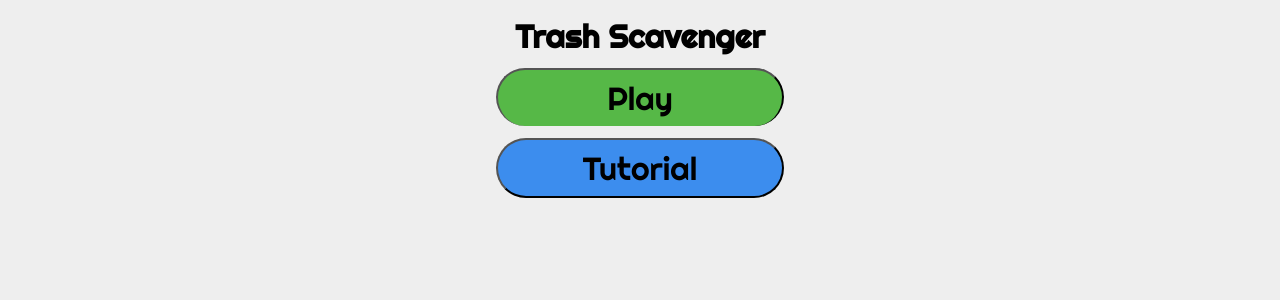
Repository: alemunden/Trash-Scavengers
Page: /QuizBegin
An editor plug-in stored every save of this project. The page is shown before and after the next save, followed by the edit.
The browser window is 1280 px wide. The pictures show the whole page.
The project was rebuilt for these pictures with package versions that can differ from the ones it lists, and the page was loaded fresh each time. The framework's server and built-in components were replaced by stand-ins that run in the browser. Also part of the build but not shown: next.config.mjs.

Above is the page before, as saved 2024-04-07 19:38:51.

After the next save:
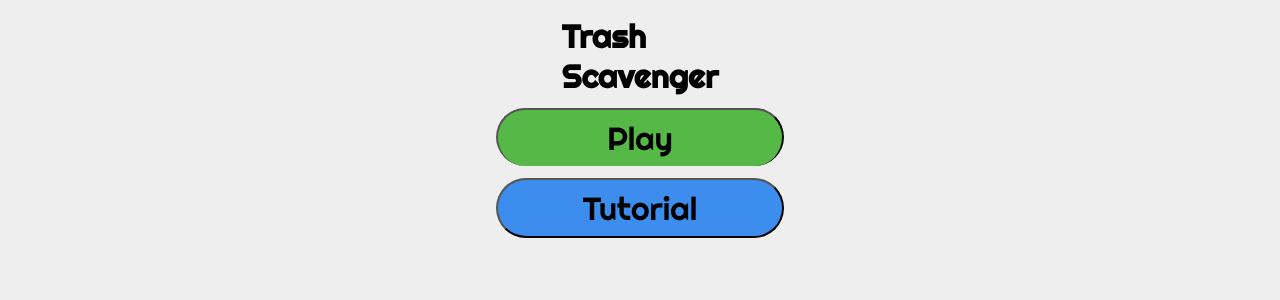
Saved 20 s later.
--- a/pages/QuizBegin.js
+++ b/pages/QuizBegin.js
@@ -9,7 +9,7 @@ export default function QuizBegin() {
         <link rel="preconnect" href="https://fonts.gstatic.com" crossorigin/>
         <link href="https://fonts.googleapis.com/css2?family=Righteous&display=swap" rel="stylesheet"/>
         <div className={styles.items}>
-            <h1 className={styles.quizHeader}>Trash Scavenger</h1>
+            <h1 className={styles.quizHeader}>Trash <br/>Scavenger</h1>
             <Link href='/quiz'>
                 <Button buttonText={'Play'} bgColor="#56B847" borderColor="#0B7908"/>
             </Link>
